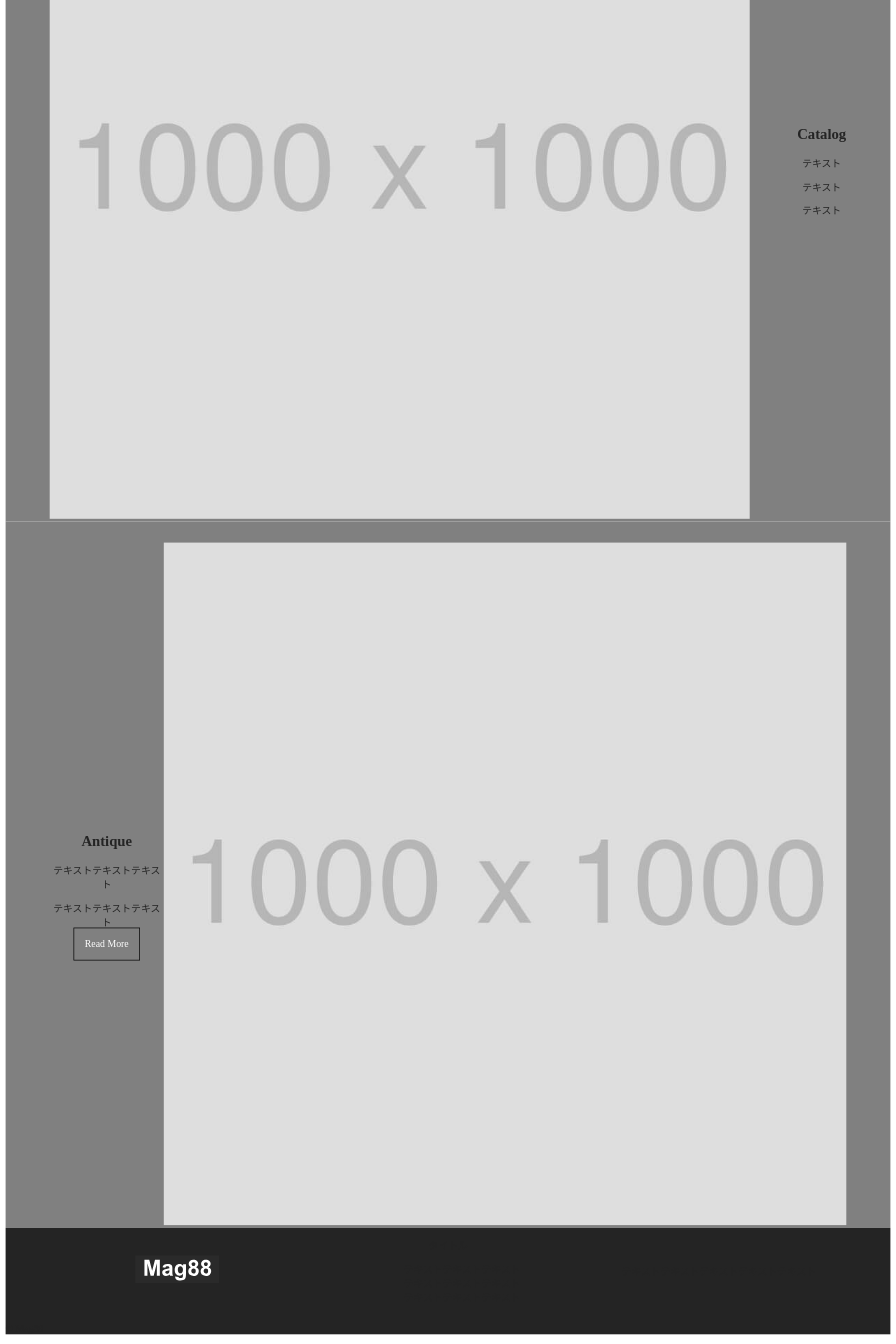
Repository: Fuki-san/bookstore
Page: http://localhost/book
These files come from the project's save history. The page is drawn as it stood at one moment and after a run of saves; the edit follows.
The browser window is 1280 px wide. The pictures show the part of the page from y = 1153 to 3073 px (the page is 3073 px tall), at 70% of full size.
The page is served by the project's Laravel application, run on PHP 8.4 with Laravel 10.

Above is the page before, as saved 2023-11-21 13:19:26.

After the next 3 saves:
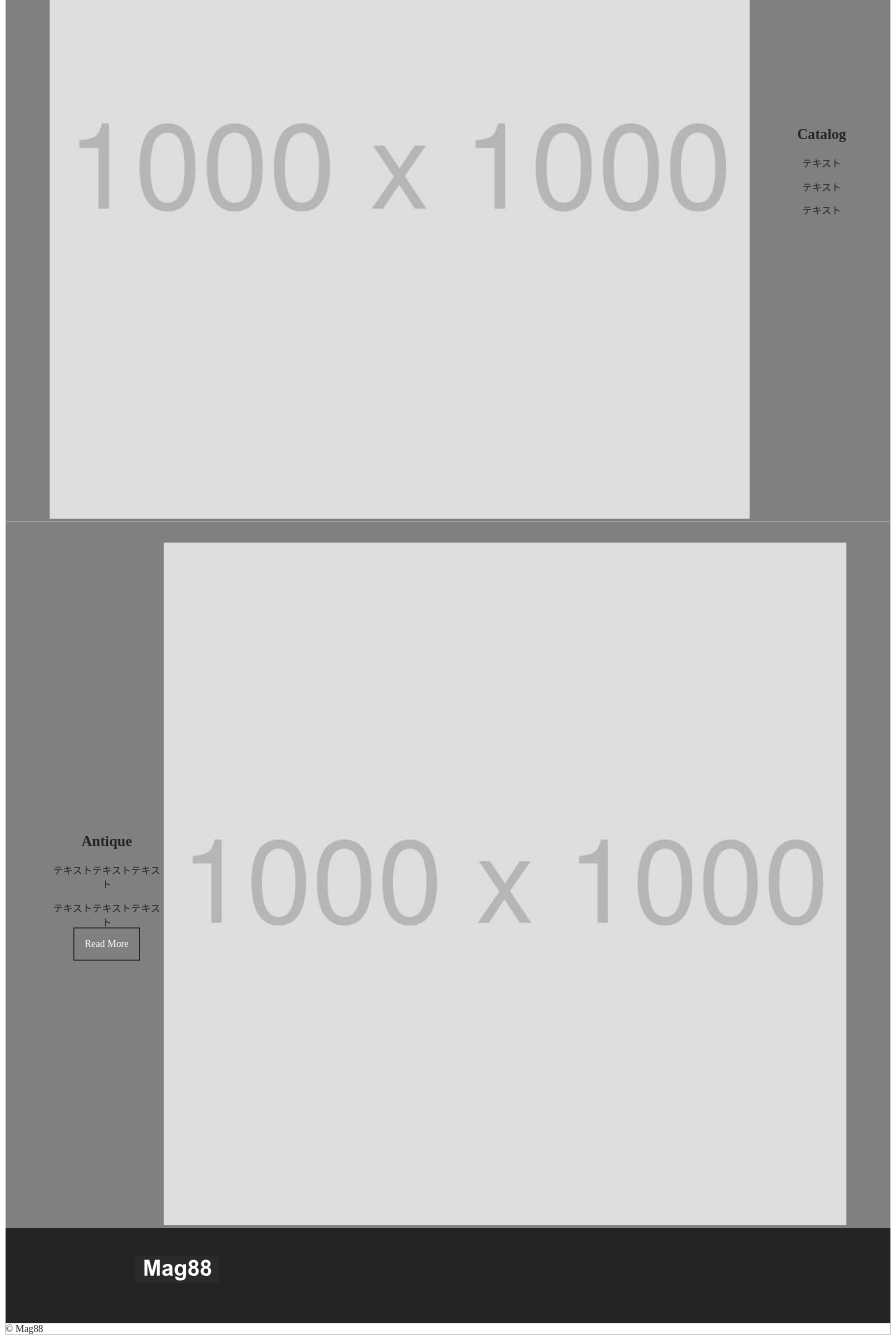
The 3 saves are shown as one change because they came seconds apart.
The last was saved 16 s later.
--- a/public/css/style.css
+++ b/public/css/style.css
@@ -69,3 +69,7 @@ a{
 #footer .item{
     width: 32%;
 }
+
+.copyright{
+    background-color: #fff;
+}
